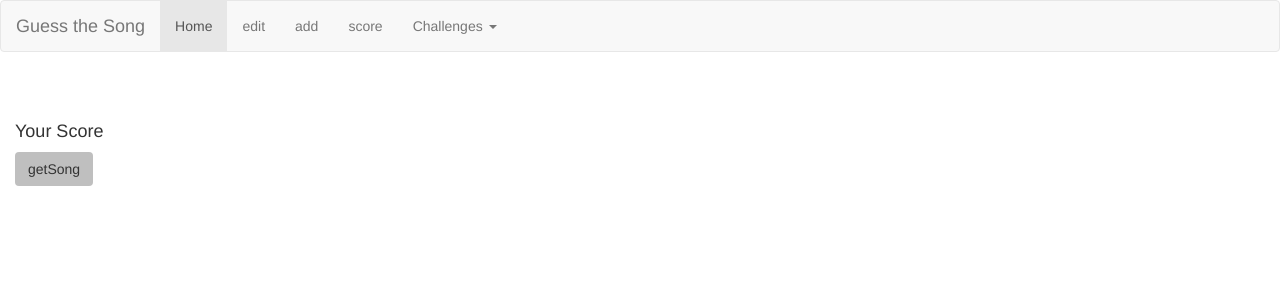
Repository: akellaX/MISIS_song_project
Page: music_db/mainPage.html
An editor plug-in stored every save of this project. The page is shown before and after the next save, followed by the edit.
The browser window is 1280 px wide. The pictures show the whole page.
The page's requests for data from a server got no answer. Some web libraries are served in a nearby version.

Above is the page before, as saved 2019-04-14 22:54:51.

After the next save:
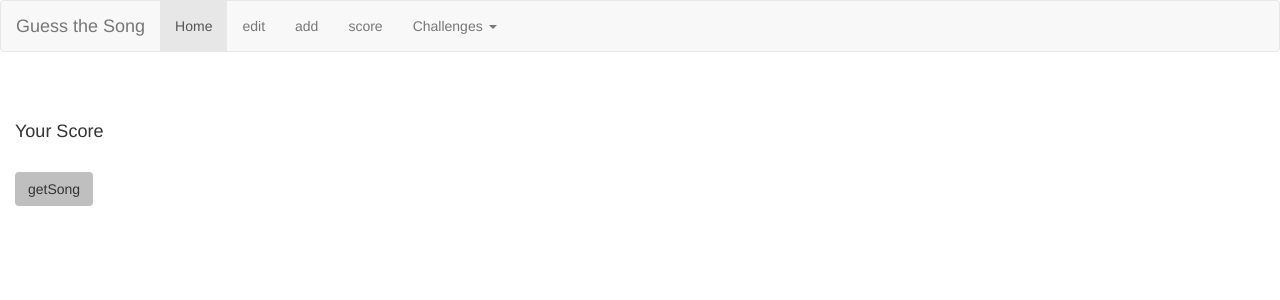
Saved 14 min 7 s later.
--- a/music_db/public/css/mainpage.css
+++ b/music_db/public/css/mainpage.css
@@ -15,7 +15,8 @@
 }
 
 .btn {
-    background: #bfbfbf;
+	background: #bfbfbf;
+	margin-top: 20px;
 }
 .btn:hover {
     background: #9e9d9d;
